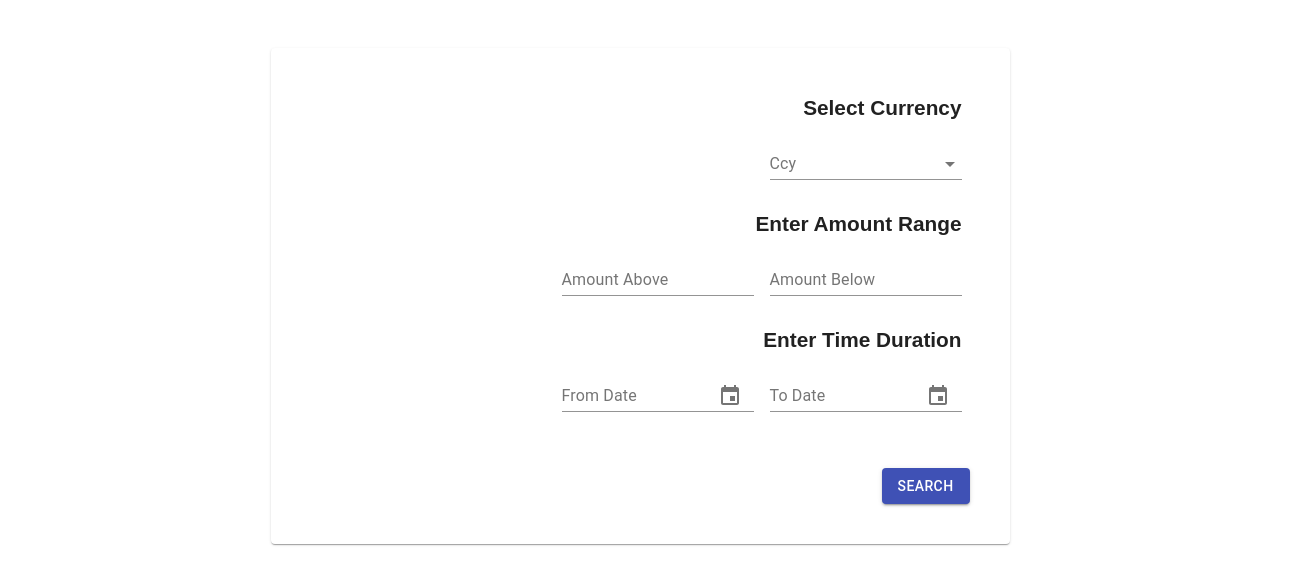
Repository: AmanullaChishty/filter
Page: /
An editor plug-in stored every save of this project. The page is shown before and after the next save, followed by the edit.
The browser window is 1280 px wide. The page is 1280 px wide, then 1312 px, so the pictures cover 1312 px, including what lies to the right of the window. The pictures show the whole page.
The project was rebuilt for these pictures with package versions that can differ from the ones it lists, and the page was loaded fresh each time. Imported but missing from the stored project, and not drawn on this page: src/reducers/simpleReducer.

Above is the page before, as saved 2020-01-26 21:29:33.

### src/index.js
import React from 'react';
import ReactDOM from 'react-dom';

// Required for Redux store setup
import { Provider } from 'react-redux'
import configureStore from './store';

import './index.css';
import App from './App';
import registerServiceWorker from './registerServiceWorker';

ReactDOM.render(
  <Provider store={configureStore()}>
    <App />
  </Provider>,
  document.getElementById('root')
);
registerServiceWorker();

### src/store.js
import { createStore, applyMiddleware } from 'redux';
import thunk from 'redux-thunk';
import rootReducer from './reducers/rootReducer';

export default function configureStore(initialState={}) {
  return createStore(
    rootReducer,
    applyMiddleware(thunk)
  );
}

### src/App.js
import React, { Component } from 'react';
import './App.css';
import GridList from './gridList'
import SearchBar from './searchBar/components/searchBar';



/**
 * @class App
 * @extends {Component}
 */
class App extends Component {



  /**
   * @memberof App
   * @summary handles button click
   */


  render() {
    return (
      <div className="App">
        <SearchBar/>
        <GridList/>
      </div>
    );
  }
}

export default App;

### src/reducers/rootReducer.js
import { combineReducers } from 'redux';
import simpleReducer from './simpleReducer';
import searchReducer from '../searchBar/reducers/searchReducer'

export default combineReducers({
  simpleReducer,
  searchReducer
});

### src/gridList.js
import React, { Component } from 'react';
import { connect } from 'react-redux';
import MUIDataTable from "mui-datatables";
import { getSearchCriteria, getSearchData } from './searchBar/selectors/searchSelectors';


const headers = [{ name: "invoice_id", label: "Invoice id", options: { filter: true, sort: true, } },{ name: "reference", label: "Reference", options: { filter: true, sort: true, } },
{ name: "maturity_date", label: "Maturity Date", options: { filter: true, sort: true, } },{ name: "invoice_amount", label: "Invoice Amount", options: { filter: true, sort: true, } },
{ name: "ccy", label: "CCY", options: { filter: true, sort: true, } },{ name: "buyer", label: "Buyer", options: { filter: true, sort: true, } },
{ name: "supplier", label: "Supplier", options: { filter: true, sort: true, } },{ name: "invoice_date", label: "Invoice Date", options: { filter: true, sort: true, } },]

const options = {
  filterType: "checkbox",
  responsive: "stacked",
}

class GridList extends Component {
  render() {
    const {result,seacrhedData} = this.props;

    if(seacrhedData){
      if(seacrhedData.startDate){
        let date=new Date(seacrhedData.startDate)
        let yyyy = date.getFullYear();
        let mm =date.getMonth()+1
        let dd=date.getDate();
        seacrhedData.startDate = dd+'/'+ mm +'/'+yyyy;

      }
      if(seacrhedData.endDate){
        let date=new Date(seacrhedData.endDate)
        let yyyy = date.getFullYear();
        let mm =date.getMonth()+1
        let dd=date.getDate();
        seacrhedData.endDate = dd+'/'+ mm +'/'+yyyy;

      }
    }
    const title=('Currency '+seacrhedData.ccy + ' Invoices with value between '+ seacrhedData.ccy+ ' '+ seacrhedData.lowerLimit +' - '+ seacrhedData.upperLimit +' maturing between '+seacrhedData.startDate+' and '+ seacrhedData.endDate)

    if(result.length>0){
      result.forEach(item=>{
        if(item.maturity_date){
          let date=new Date(item.maturity_date*1000)
          let yyyy = date.getFullYear();
          let mm =date.getMonth()+1
          let dd=date.getDate();
            item.maturity_date = dd+'/'+ mm +'/'+yyyy;

        }
      })
    }
    return (
     <div>
       {result.length>0?(<MUIDataTable
            title={title}
            data={result}
            columns={headers}
            options={options}

          />):null}
     </div>
    );
  }
}


const mapStateToProps=state=> {
  return {
      result: getSearchData(state),
      seacrhedData:getSearchCriteria(state)
      };
}


export default connect(mapStateToProps)(GridList);

### src/searchBar/components/searchBar.js
import React, { Component, Fragment } from 'react';
import { connect } from 'react-redux';
import { bindActionCreators } from 'redux';
import { fetchData } from '../actions/fetchData';
import { search } from '../actions/searchAction';
import { getData, getSearchData } from '../selectors/searchSelectors';
import InputLabel from '@material-ui/core/InputLabel';
import MenuItem from '@material-ui/core/MenuItem';
import FormControl from '@material-ui/core/FormControl';
import Select from '@material-ui/core/Select';
import { Grid, Card, CardContent,CardActions, Input, Button, InputAdornment } from '@material-ui/core';
import DateFnsUtils from '@date-io/date-fns';
import { KeyboardDatePicker, MuiPickersUtilsProvider } from "@material-ui/pickers";
import 'date-fns';


let ccy=''

class SearchBar extends Component {

  constructor(props){
    super(props);
    this.handleChange=this.handleChange.bind(this)
    this.setLowerLimit=this.setLowerLimit.bind(this)
    this.setUpperLimit=this.setUpperLimit.bind(this)
    this.setStartDate=this.setStartDate.bind(this)
    this.setEndDate=this.setEndDate.bind(this)
    this.submitSearch=this.submitSearch.bind(this)
    this.state = {
      ccy:'',
      lowerLimit:'',
      upperLimit:'',
      startDate:null,
      endDate:null,
      storeStartDate:null,
      storeEndDate:null

    }
  }

  componentDidMount() {

    }



  handleChange(event){
    let val = event.target.value
      this.setState({ccy:val})
  };

  setLowerLimit(event){
    let val = event.target.value
    this.setState({lowerLimit:val});
  }

  setUpperLimit(event){
    let val = event.target.value
    this.setState({upperLimit:val})

  }
  setStartDate(event){
    let val = Math.floor(event.getTime()/1000)
    this.setState({storeStartDate:val})
    this.setState({startDate:event})

  }

  setEndDate(event){
    let val = Math.floor(event.getTime()/1000)
    this.setState({storeEndDate:val})
    this.setState({endDate:event})

  }

  submitSearch(){
    const { fetchAllData,searchData } = this.props;
    fetchAllData();
    setTimeout(()=>{searchData(this.state)},100)

  }


  render() {
    const sectionGrid={ display: 'flex', justifyContent: 'end', alignItems: 'end', flexDirection: 'column', marginBottom: '2em' }
    const sectionLabel = { fontSize: '1.3em', fontWeight: 'bold', marginBottom: '-.2em' }
    const innerSection={ display: 'flex', justifyContent: 'center', alignItems: 'center', }
    const formControlStyle={ width: '12em', marginTop: '1em' }
    const formControlStyleLeft={ width: '12em', marginTop: '1em', marginLeft: '1em' }
    const {ccy,lowerLimit,upperLimit,startDate,endDate} = this.state

    return (
      <Grid style={{display:'flex',justifyContent:'center',alignItems:'center',flexDirection:'column'}}>
    <Card style={{maxWidth:675,width:'100%',padding:'2em',margin:'3em'}}>
      <CardContent>
            <Grid style={sectionGrid}>
              <span style={sectionLabel}>Select Currency</span>
              <FormControl style={formControlStyle} >

                <InputLabel id="ccy">
                  Ccy
                </InputLabel>
                <Select
                  labelId="ccy"
                  id="simple-select"
                  value={ccy}
                  onChange={this.handleChange}>
                  <MenuItem value={'USD'}>USD</MenuItem>
                  <MenuItem value={'INR'}>INR</MenuItem>
                  <MenuItem value={'JPY'}>JPY</MenuItem>
                  <MenuItem value={'RYD'}>RYD</MenuItem>
                </Select>
              </FormControl>
            </Grid>

            <Grid style={sectionGrid}>
              <span style={sectionLabel}>Enter Amount Range</span>
              <Grid style={innerSection}>
                <FormControl style={formControlStyle} >

                  <InputLabel id="ccy">
                    Amount Above
                  </InputLabel>
                  <Input
                  type='number'
                  value={lowerLimit}
                  startAdornment={ccy!=''?(<InputAdornment position="start">{ccy}</InputAdornment>):null}
                  onChange={this.setLowerLimit}/>
                </FormControl>
                <FormControl style={formControlStyleLeft} >
                  <InputLabel id="ccy">
                    Amount Below
                  </InputLabel>
                  <Input
                  type='number'
                  value={upperLimit}
                  startAdornment={ccy!=''?(<InputAdornment position="start">{ccy}</InputAdornment>):null}
                  onChange={this.setUpperLimit} />
                </FormControl>
              </Grid>
            </Grid>

            <Grid style={sectionGrid}>
              <span style={sectionLabel}>Enter Time Duration</span>
              <Grid style={innerSection}>
                <FormControl style={formControlStyle} >
                  <Fragment>
                    <MuiPickersUtilsProvider utils={DateFnsUtils}>
                      <KeyboardDatePicker
                        label="From Date"
                        clearable
                        value={startDate}
                        placeholder="Select from date"
                        onChange={this.setStartDate}
                        format="dd/MM/yyyy"
                      />
                    </MuiPickersUtilsProvider>
                  </Fragment>
                </FormControl>
                <FormControl style={formControlStyleLeft} >
                <Fragment>
                    <MuiPickersUtilsProvider utils={DateFnsUtils}>
                      <KeyboardDatePicker
                        label="To Date"
                        clearable
                        value={endDate}
                        placeholder="Select end date"
                        onChange={this.setEndDate}
                        format="dd/MM/yyyy"
                      />
                    </MuiPickersUtilsProvider>
                  </Fragment>
                </FormControl>
              </Grid>
            </Grid>

      </CardContent>
      <CardActions style={{float:'right'}}>
        <Button variant="contained" color="primary" onClick={this.submitSearch}>
          Search
        </Button>
      </CardActions>
      </Card>
    </Grid>
    );
  }
}


const mapStateToProps=state=> {
    return {
        value: getSearchData(state),
        content:getData(state)
        };
  }

const mapDispatchToProps = dispatch => bindActionCreators({
    searchData: search,
    fetchAllData:fetchData,
}, dispatch)


export default connect(mapStateToProps, mapDispatchToProps)(SearchBar);

### src/searchBar/reducers/searchReducer.js
import { SEARCH, SUCCESS } from '../actions/searchAction';

const initialState = {contents: [], value: '', serachedValue: []};

export default function searchReducer(state = initialState, action) {
  switch(action.type) {
    case SUCCESS: {
      const {contents} = action;
      return {
        ...state,
        contents:contents
      };
    }
    case SEARCH: {
      const {value} = action;
      let filteredData=[value]
      const serachedData = state.contents.filter((val) => filteredData.find(
        ({ccy,lowerLimit,upperLimit,storeStartDate,storeEndDate})=>(
          val.ccy === ccy && val.invoice_amount>lowerLimit && val.invoice_amount<upperLimit && val.maturity_date>storeStartDate && val.maturity_date<storeEndDate
          )
        ));

      return {
        ...state,
        value:value,
        serachedValue:serachedData
      };
    }
    default:
      return state;
  }
}

### src/searchBar/selectors/searchSelectors.js
import { createSelector } from 'reselect';

export const getSearchData = createSelector(
    state => state.searchReducer.serachedValue,
    serachedValue => serachedValue
)

export const getSearchCriteria = createSelector(
    state => state.searchReducer.value,
    value => value
)

export const getData = createSelector(
    state => state.searchReducer.contents,
    contents=>contents
)

### src/searchBar/actions/fetchData.js
import { getData } from "./searchAction";

//https://my.api.mockaroo.com/tallydata.json?key=1e3baa20
function fetchData() {
    return dispatch => {
        fetch('data1.json')
        .then(res => res.json())
        .then(res => {
            if(res.error) {
                throw(res.error);
            }
            dispatch(getData(res));

            return res;
        })
        .catch(error => {
            alert(error);
        })
    }
}

export { fetchData };

### src/searchBar/actions/searchAction.js
export const SEARCH = 'SEARCH';
export const SUCCESS = 'SUCCESS'

export function search(value) {
  return {
      type: SEARCH,
      value:value
    };
}

export function getData(res) {
  return {
      type: SUCCESS,
      contents:res
    };
}

Loaded but not shown: public/index.html (common file); src/index.css (common file); src/registerServiceWorker.js (common file); src/App.css (common file)

After the next save:
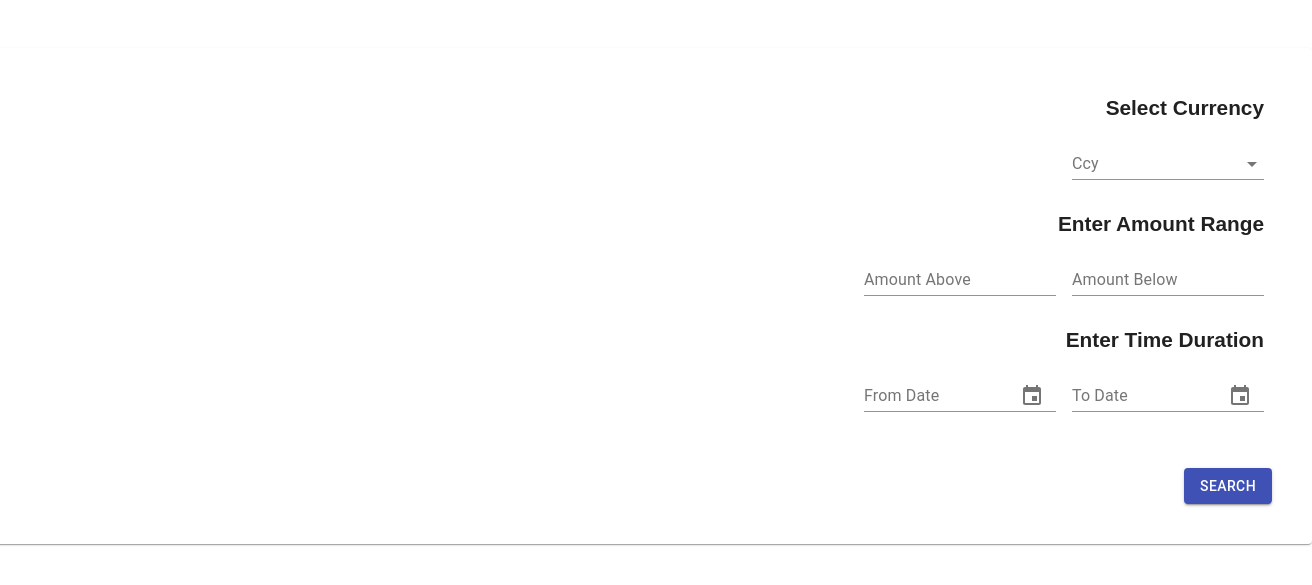
Saved 13 min 29 s later.
--- a/src/searchBar/components/searchBar.js
+++ b/src/searchBar/components/searchBar.js
@@ -91,7 +91,7 @@ class SearchBar extends Component {
 
     return (
       <Grid style={{display:'flex',justifyContent:'center',alignItems:'center',flexDirection:'column'}}>
-    <Card style={{maxWidth:675,width:'100%',padding:'2em',margin:'3em'}}>
+    <Card style={{width:'100%',padding:'2em',margin:'3em'}}>
       <CardContent>
             <Grid style={sectionGrid}>
               <span style={sectionLabel}>Select Currency</span>
